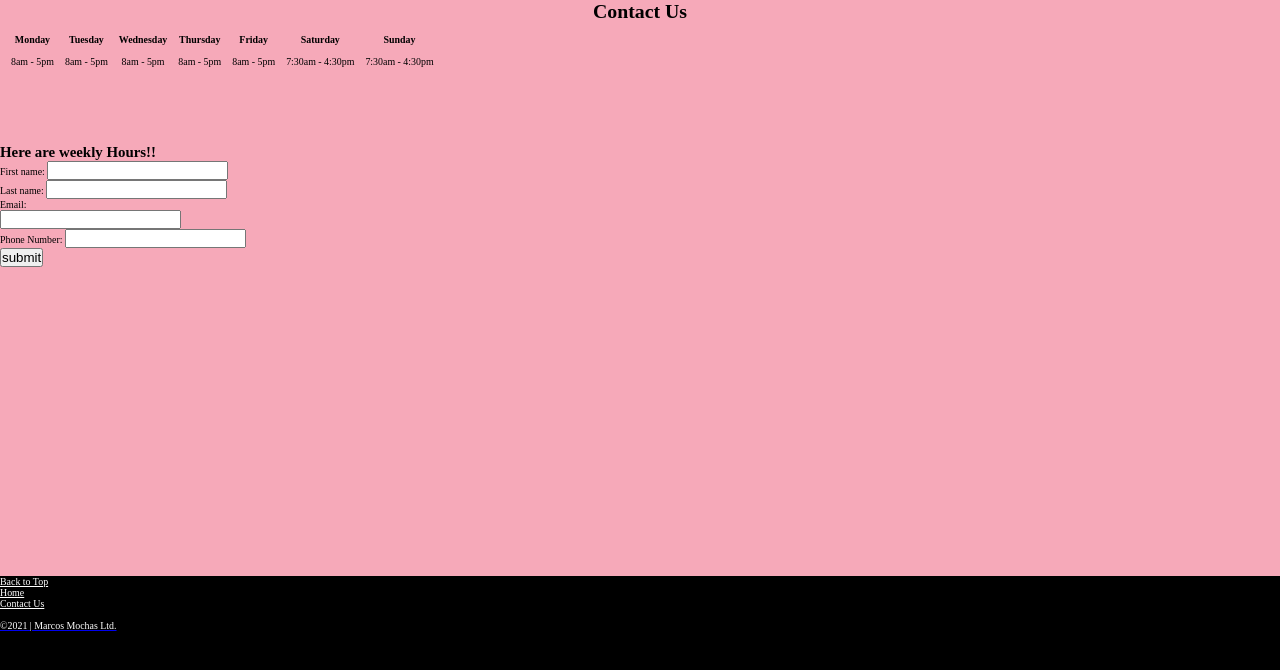
Repository: CAMPSLOPY/marcos-mochas
Page: HTML/contact.html
The author's editor kept a copy of each file at every save. The page is drawn from the files as they stood at one save, then again after a run of saves.
The browser window is 1280 px wide. The pictures show the whole page.

Above is the page before, as saved 2021-07-02 17:28:13.

### HTML/contact.html
<!DOCTYPE html>
<html lang="en">
<head>
    <meta charset="UTF-8">
    <meta http-equiv="X-UA-Compatible" content="IE=edge">
    <meta name="viewport" content="width=device-width, initial-scale=1.0">
    <meta name="robots" content="index,follow" />
    <meta
      name="description"
      content=""
    />
    <link rel="stylesheet" href="/CSS/contact.css">
    <title>Contact Us</title>
</head>
<body>
    <header >
        <!--page hours title-->
        <h1  class="header-tex">Contact Us</h1>


    <div class="header-table-content">


        <!--Page hours and contact form-->
        <table cellspacing="11">
        <tr>
            <th>Monday</th>
            <th>Tuesday</th>
            <th>Wednesday</th>
            <th>Thursday</th>
            <th>Friday</th>
            <th>Saturday</th>
            <th>Sunday</th>
        </tr>
        <tr>
            <td>8am - 5pm</td>
            <td>8am - 5pm</td>
            <td>8am - 5pm</td>
            <td>8am - 5pm</td>
            <td>8am - 5pm</td>
            <td>7:30am - 4:30pm</td>
            <td>7:30am - 4:30pm</td>
        </tr>
        </table>
    </div>
</header>
    <main>
        <h2>Here are weekly Hours!!</h2>
        <!--Hours table start here-->

        <!--Form starts here-->
        <!-- i wrapped the form inside a div content so that we can give it freedo
        when styling -->
        <div class="form-content">

            <form class="contact-form" action="">


                <div class="form-control">
                    <!--first name input/required-->
                    <label for="fname">First name:</label>
                    <input type="text" id="fname" name="fname" value="" required>
                </div>
               <div class="form-control">
                 <!--last name input/required-->
                 <label for="lname">Last name:</label>
                 <input type="text" id="lname" name="lname" value="" required>
               </div>

               <div class="form-control">
                  <!--email address input/required-->
                  <label for="email">Email:</label><br>
                  <input type="text" id="email" name="Email" value="" required>
               </div>

               <div class="form-control">
                   <!--Phone number input/not required-->
                <label for="Phone">Phone Number:</label>
                <input type="text" id="phone" name="Phone" value="">
               </div>

                <!--Submit button-->
                <button type="submit">submit</button>
                      </form>
        </div>

    </main>

    <!--page navi links & copyright-->
    <footer>
        <div class="contact-footer">
        <ul>
            <!-- IDEA: img / just text for our "logo" -->
            <li><a href="#top">Back to Top</a></li>
            <li><a href="/HTML/Index.html">Home</a></li>
            <li><a href="/HTML/contact.html">Contact Us</la></li>
        </ul>
        </div>
        <br>
        <!--Copyright class -->
        <div class="copyright">
            <p>&copy;2021 | Marcos Mochas Ltd.</p>
        </div>
    </footer>
</body>
</html>

### CSS/contact.css

/* universal styling of the contact page */
* {
    margin: 0;
    padding: 0;
    box-sizing: border-box;
}

body{
    min-height: 100vh;
    background-color: #f38ba0bb;
}

html{
    font-size: 62%;
}
main{
    min-height: 60vh;
}
footer{
    min-height: 20vh;
    background-color: black;
}

footer ul li a{
    color: white;
}

header{
    text-align: center;
    min-height: 20vh;
}


/* styling the Form */



/* styling for hours table */

table {

}


/*Footer css code*/

/*The links at the bottom of the footer shouldnt be stacked up and placed at the bottom of the page*/

.contact-footer {

    color: white;
}

.copyright {
    color: white;
}

After the next 2 saves:
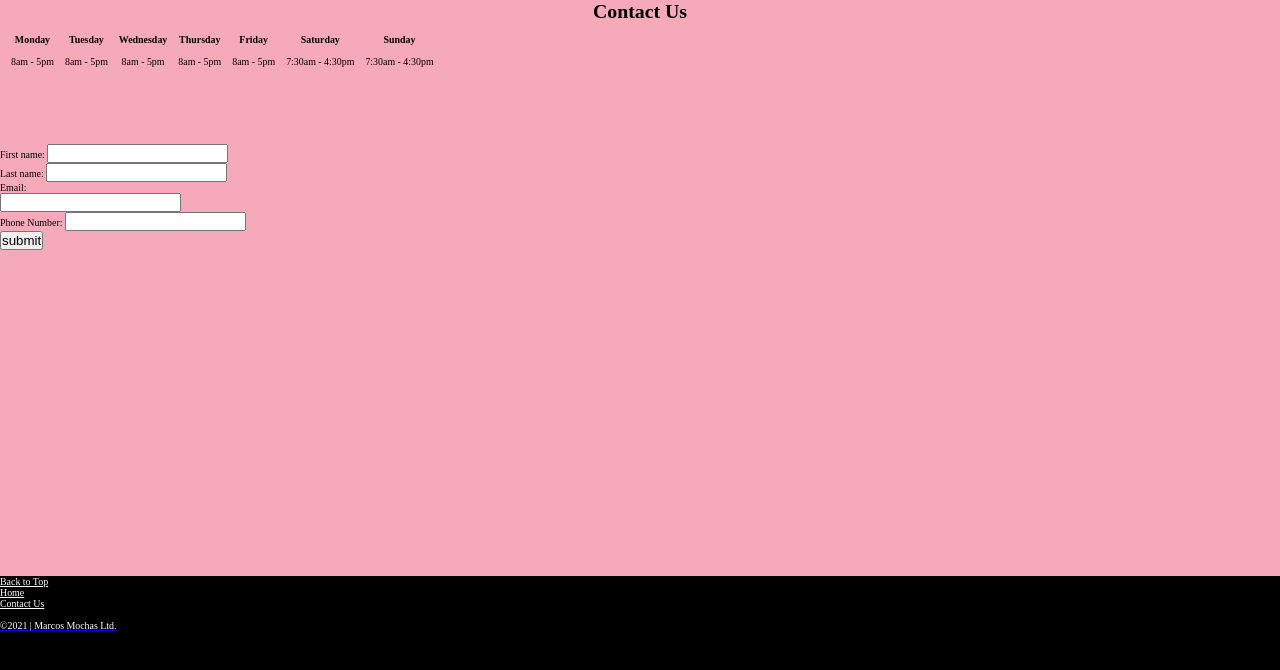
The 2 saves are shown as one change because they came seconds apart.
The last was saved 64 s later.
--- a/HTML/contact.html
+++ b/HTML/contact.html
@@ -45,9 +45,6 @@
     </div>
 </header>
     <main>
-        <h2>Here are weekly Hours!!</h2>
-        <!--Hours table start here-->
-
         <!--Form starts here-->
         <!-- i wrapped the form inside a div content so that we can give it freedo
         when styling -->

After the save that followed:
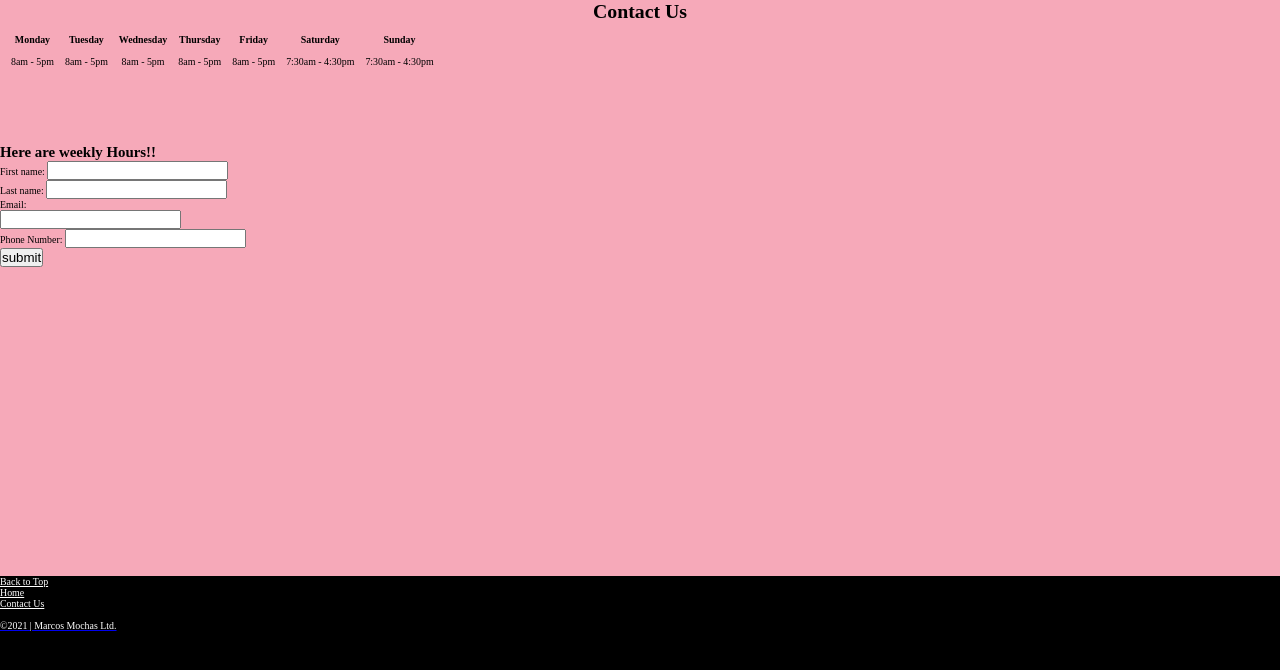
Saved 16 s later.
--- a/HTML/contact.html
+++ b/HTML/contact.html
@@ -45,6 +45,9 @@
     </div>
 </header>
     <main>
+        <h2>Here are weekly Hours!!</h2>
+        <!--Hours table start here-->
+
         <!--Form starts here-->
         <!-- i wrapped the form inside a div content so that we can give it freedo
         when styling -->
